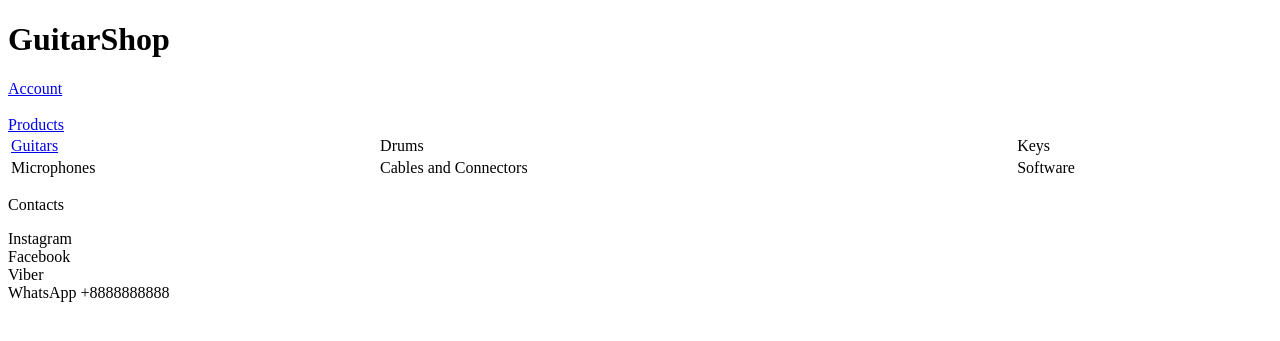
Repository: gibbeter/GuitarShopSpring
Page: http://localhost/GuitarShopSpring/
The author's editor kept a copy of each file at every save. The page is drawn from the files as they stood at one save, then again after a run of saves.
The browser window is 1280 px wide. The pictures show the whole page.
The page is served by Tomcat 10.

Above is the page before, as saved 2026-03-10 19:14:41.

After the next 3 saves:
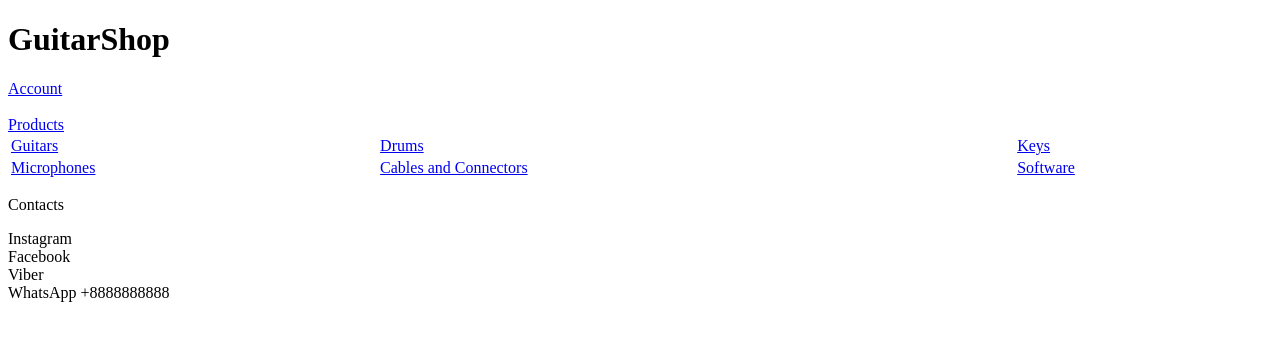
The 3 saves are shown as one change because they came seconds apart.
The last was saved 62 s later.
--- a/GuitarShop/GuitarShopSpring/src/main/webapp/index.jsp
+++ b/GuitarShop/GuitarShopSpring/src/main/webapp/index.jsp
@@ -25,13 +25,13 @@
 	<table style="width:100%">
 		<tr>
 			<td><a href="${pageContext.request.contextPath}/product/redirectToType?type=guitar">Guitars</a></td>
-			<td>Drums</td>
-			<td>Keys</td>
+			<td><a href="${pageContext.request.contextPath}/product/redirectToType?type=drums">Drums</a></td>
+			<td><a href="${pageContext.request.contextPath}/product/redirectToType?type=keys">Keys</a></td>
 		</tr>
 		<tr>
-			<td>Microphones</td>
-			<td>Cables and Connectors</td>
-			<td>Software</td>
+			<td><a href="${pageContext.request.contextPath}/product/redirectToType?type=guitar">Microphones</a></td>
+			<td><a href="${pageContext.request.contextPath}/product/redirectToType?type=cables">Cables and Connectors</a></td>
+			<td><a href="${pageContext.request.contextPath}/product/redirectToType?type=soft">Software</a></td>
 		</tr>
 	</table>
 
